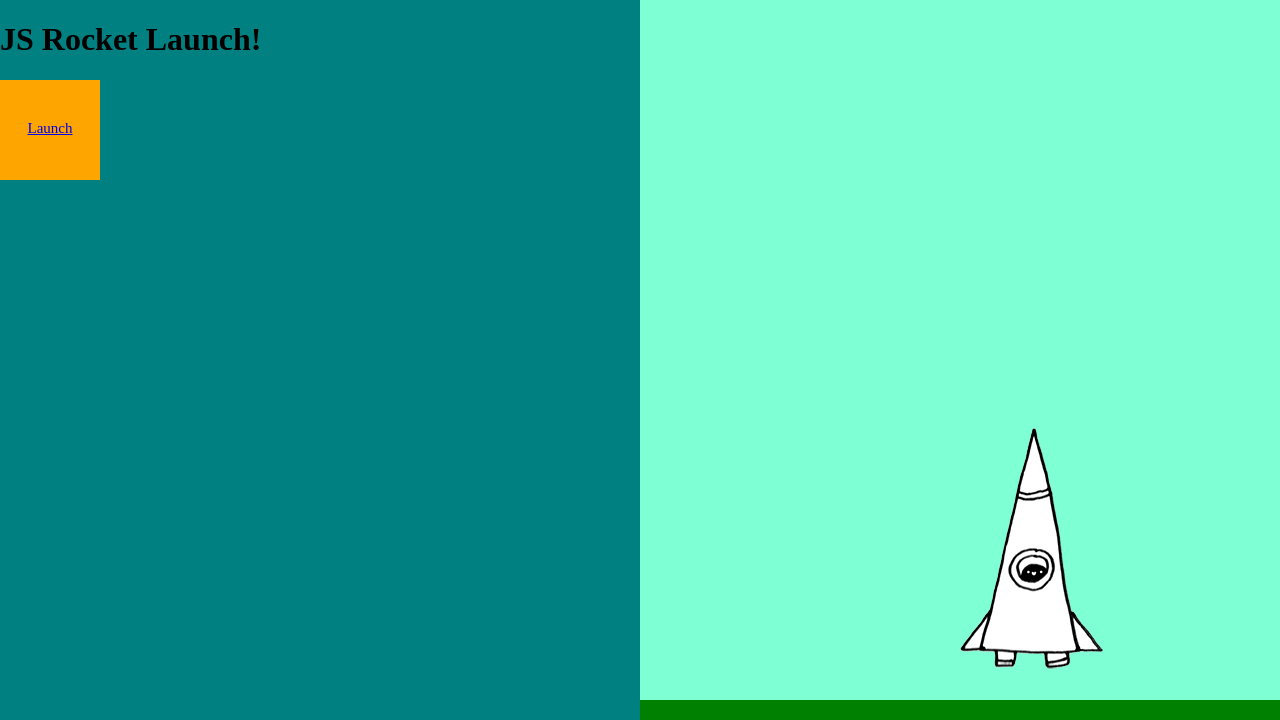
Repository: alcarrizo/Rocket-launch
Page: index.html
These files come from the project's save history. The page is drawn as it stood at one moment and after the next save; the edit follows.
The browser window is 1280 px wide. The pictures show the whole page.

Above is the page before, as saved 2022-10-20 16:00:42.

After the next save:
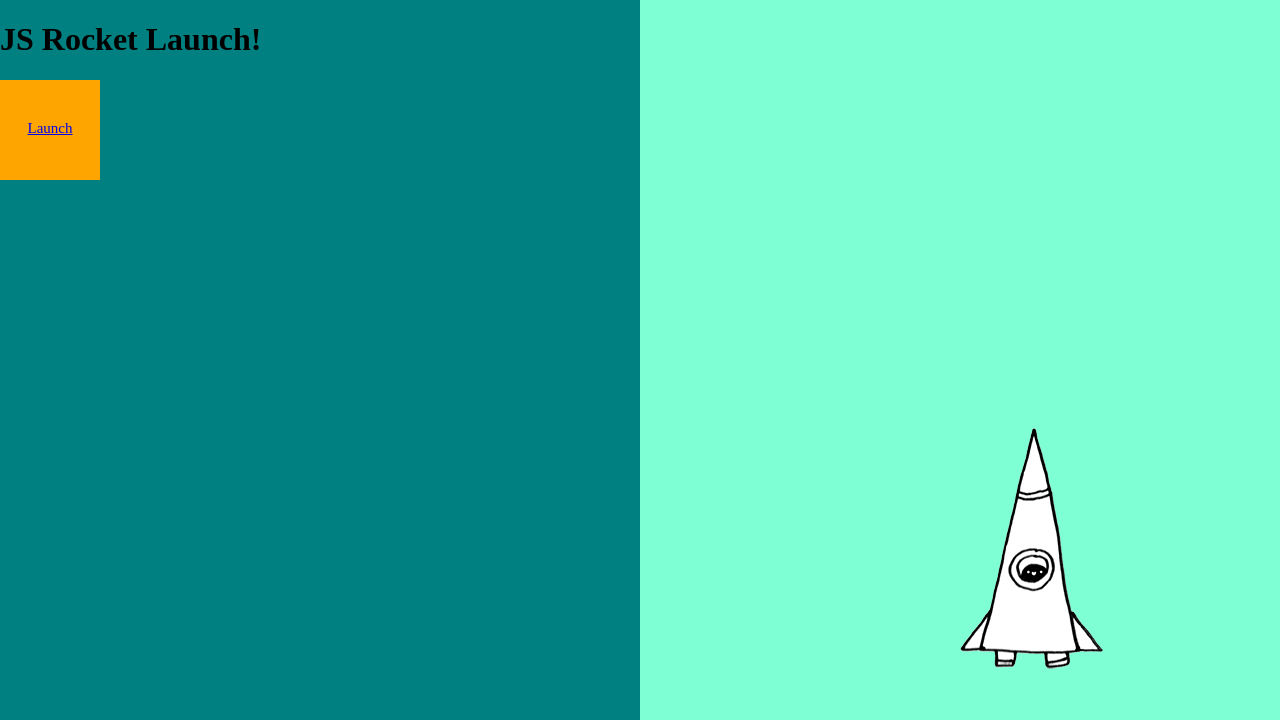
Saved 84 s later.
--- a/css/style.css
+++ b/css/style.css
@@ -49,13 +49,22 @@ body {
 
 
 .ground {
+    position: absolute;
+    bottom: 0;
+    left: 0;
+    background: url("../img/rocket-state1.png") no-repeat 0 0;
+    background-size: 100%;
+
+}
+
+/* .ground {
     background-color: green;
     position: absolute;
     bottom: 0;
     left: 0;
     width: 100%;
     height: 20px;
-}
+} */
 
 a {}
 
